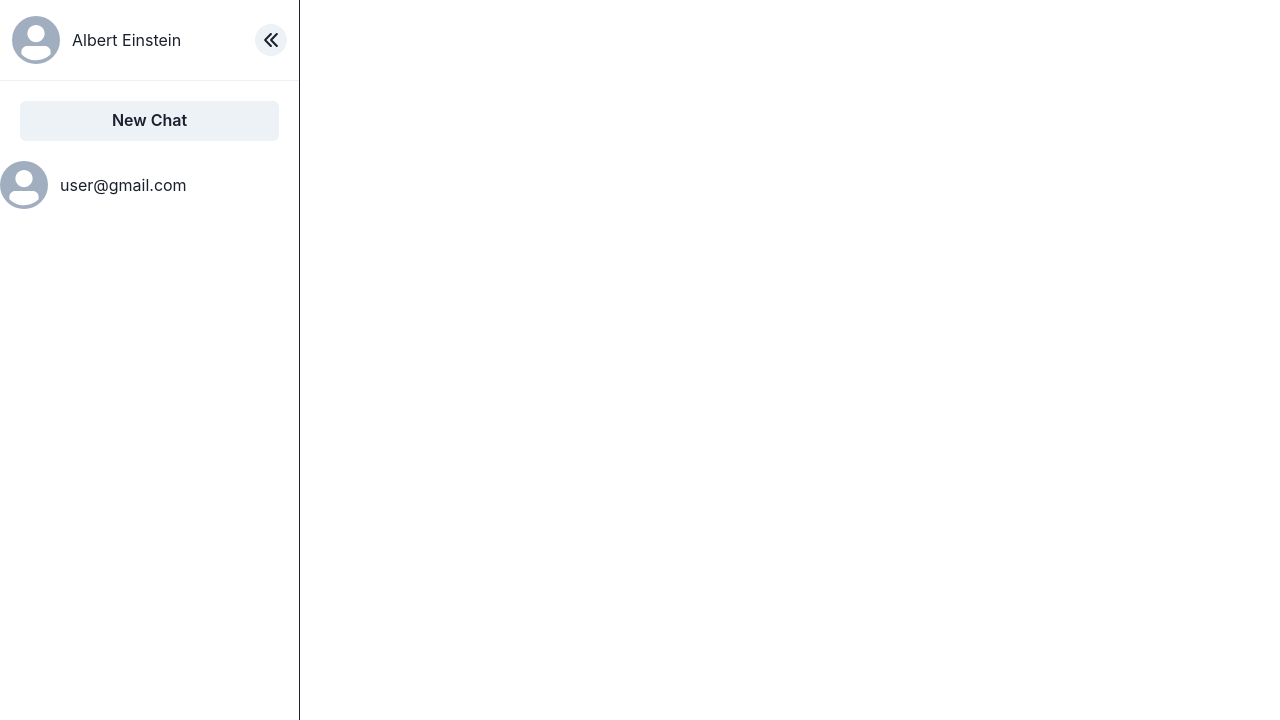
Repository: Siva20021/chat-app
Page: /
An editor plug-in stored every save of this project. The page is shown before and after a run of saves, followed by the edit.
The browser window is 1280 px wide. The pictures show the whole page.
The project was rebuilt for these pictures with package versions that can differ from the ones it lists, and the page was loaded fresh each time. The framework's server and built-in components were replaced by stand-ins that run in the browser. Also part of the build but not shown: next.config.js, components/Login.js.

Above is the page before, as saved 2022-06-05 12:09:04.

### pages/_app.js
import { ChakraProvider } from "@chakra-ui/react"
import Login from "../components/Login"
import Sidebar from "../components/Sidebar"


function MyApp({ Component, pageProps }) {
  //return <Component {...pageProps} />
  return(
    <ChakraProvider>
      <Sidebar/>
    </ChakraProvider>
  )
}

export default MyApp

### pages/index.js
import Head from 'next/head'


export default function Home() {
  return (
    <div>
      <Head>
        <title>Create Next App</title>
        <meta name="description" content="Generated by create next app" />
        <link rel="icon" href="/favicon.ico" />
      </Head>
    </div>
  )
}

### components/Sidebar.js
import { ArrowLeftIcon } from '@chakra-ui/icons'
import { Avatar, Button, Flex, IconButton, Text } from '@chakra-ui/react'
import React from 'react'

export default function Sidebar() {
  return (
    <Flex
        //bg="blue.100"
        w="300px"
        h="100vh"
        borderEnd="1px solid"
        borderColors="gray.200"
        direction="column"
    >
        <Flex
            //bg="red.100"
            h="81px" w="100%"
            align="center"
            justifyContent="space-between"
            borderBottom="1px solid" borderColor="gray.100"
            p={3}

        >
            <Flex align="center">
                <Avatar src="" marginEnd={3} />
                <Text>Albert Einstein</Text>
            </Flex>

            <IconButton size="sm" isRound icon={<ArrowLeftIcon/>}/>
        </Flex>
        <Button m={5} p={4}>New Chat</Button>
        <Flex align="center" _hover={{bg:"gray.100",cursor:"pointer"}}>
            <Avatar src="" marginEnd={3}/>
            <Text>user@gmail.com</Text>
        </Flex>
    </Flex>
  )
}

After the next 2 saves:
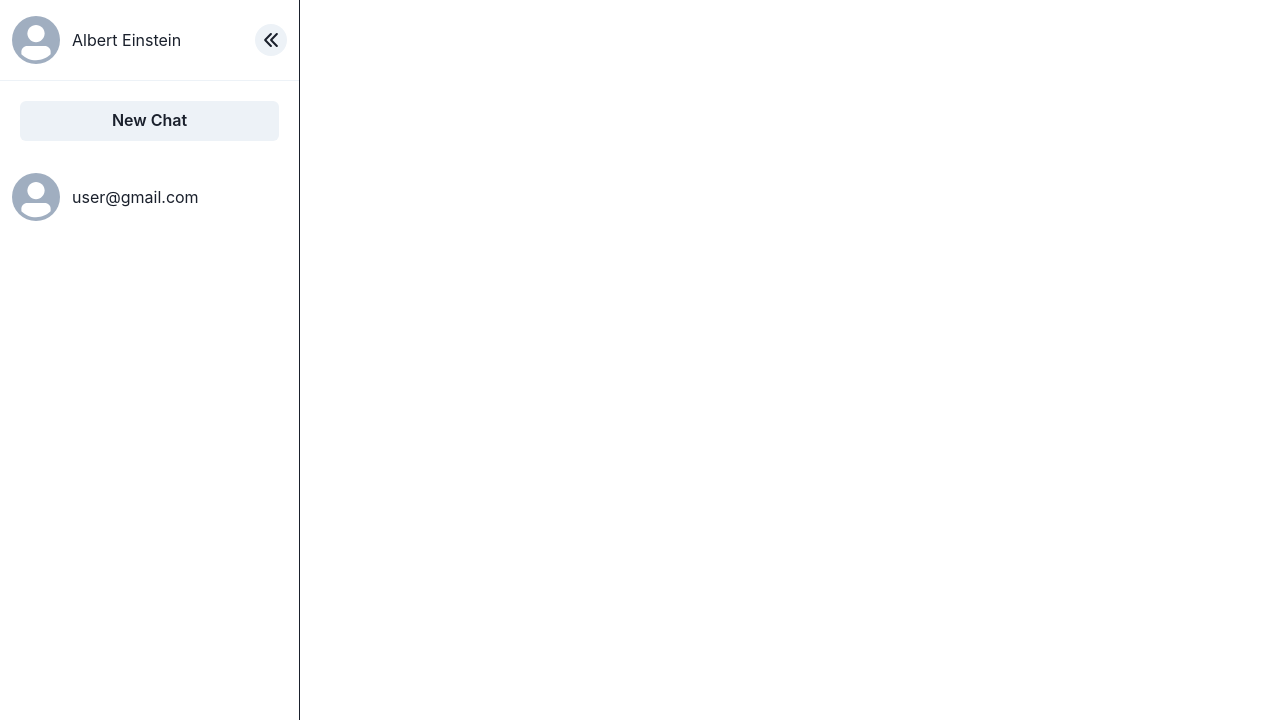
The 2 saves are shown as one change because they came seconds apart.
The last was saved 16 s later.
--- a/components/Sidebar.js
+++ b/components/Sidebar.js
@@ -29,7 +29,7 @@ export default function Sidebar() {
             <IconButton size="sm" isRound icon={<ArrowLeftIcon/>}/>
         </Flex>
         <Button m={5} p={4}>New Chat</Button>
-        <Flex align="center" _hover={{bg:"gray.100",cursor:"pointer"}}>
+        <Flex p={3} align="center" _hover={{bg:"gray.100",cursor:"pointer"}}>
             <Avatar src="" marginEnd={3}/>
             <Text>user@gmail.com</Text>
         </Flex>
